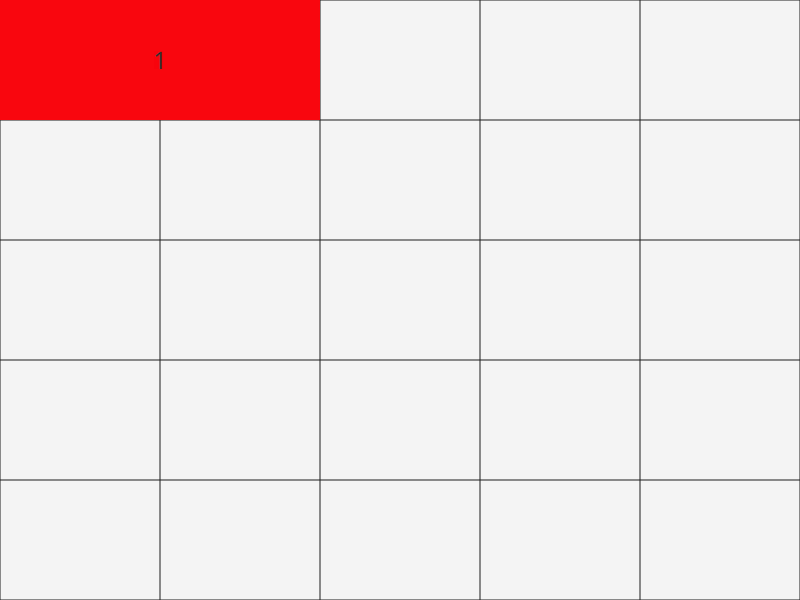
Repository: AlanVidalll/Curso-Java-Completo
Program's window: java exercicios-javafx/src/layout/AppLayout.java
An editor plug-in stored every save of this project. The program's window is shown before and after the next save, followed by the edit.
It runs on Java 21 on a 1366 x 768 screen with JavaFX 11; the title bar is not drawn.

Above is the program's window before, as saved 2020-04-11 13:49:03.

After the next save:
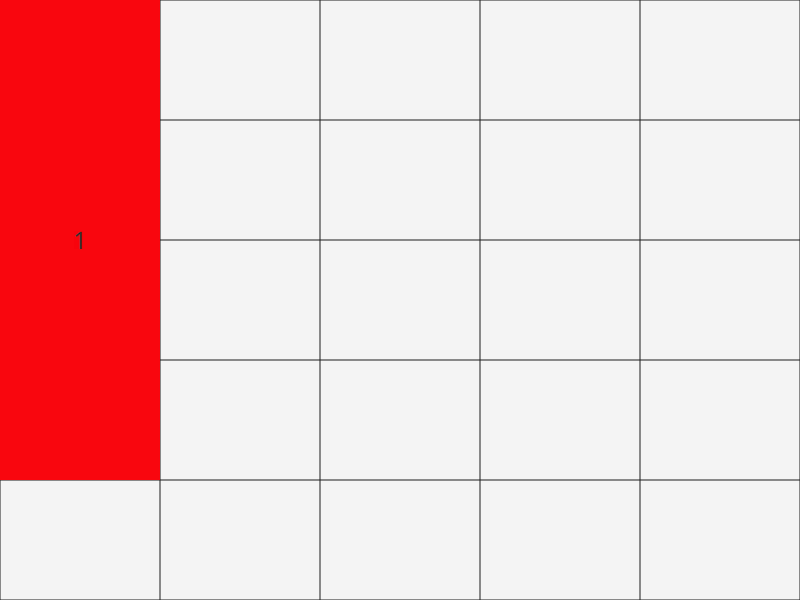
Saved 12 s later.
--- a/exercicios-javafx/src/layout/TesteGridPane.java
+++ b/exercicios-javafx/src/layout/TesteGridPane.java
@@ -22,7 +22,7 @@
 		getColumnConstraints().addAll(cc(),cc(),cc(),cc(),cc());
 		getRowConstraints().addAll(rc(),rc(),rc(),rc(),rc());
 
-		add(c1, 0, 0,2,1);
+		add(c1, 0, 0,1,4);
 	}
 
 	private ColumnConstraints cc() {
